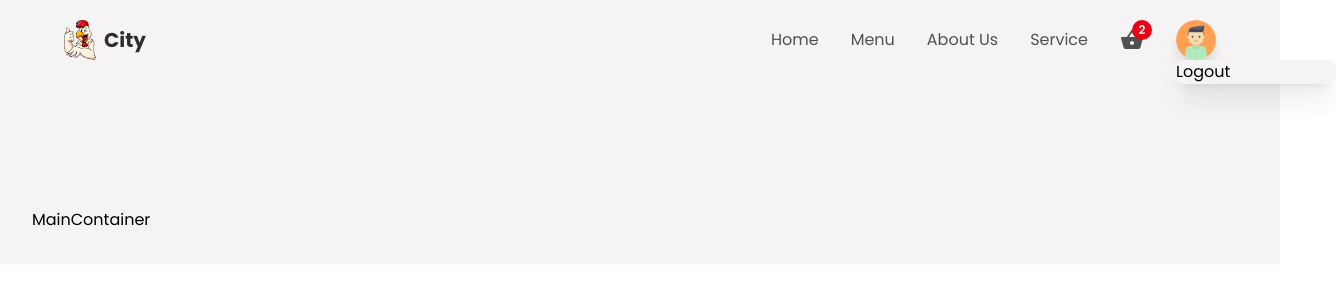
Repository: shorifuddin2/Responsive-Navbar-Redux-
Page: /
The author's editor kept a copy of each file at every save. The page is drawn from the files as they stood at one save, then again after the next save.
The browser window is 1280 px wide. The page is 1336 px wide, so the pictures cover 1336 px, including what lies to the right of the window. The pictures show the whole page.
The project was rebuilt for these pictures with package versions that can differ from the ones it lists, and the page was loaded fresh each time. Also part of the build but not shown: src/Component/CreateContainer.jsx.

Above is the page before, as saved 2022-06-26 23:14:31.

After the next save:
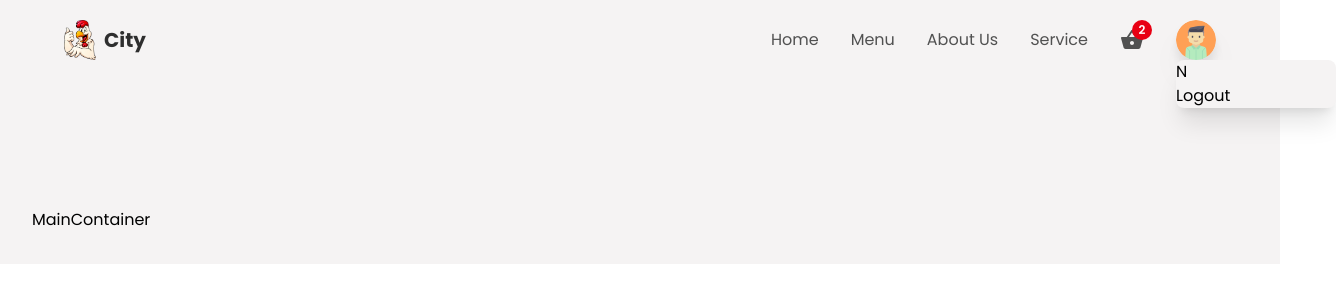
Saved 6 s later.
--- a/src/Component/Header.jsx
+++ b/src/Component/Header.jsx
@@ -55,7 +55,7 @@ const Header = () => {
                 <motion.img whileTap={{scale: 0.6}} src={user ? user.photoURL : Avatar} className="w-10 min-w-[40px] h-10 min-h-[40px] drop-shadow-xl cursor-pointer rounded-full" alt="UserProfile" onClick={Login}/>
 
                 <div className='w-40 bg-primary shadow-xl rounded-lg flex flex-col absolute'>
-                    <p></p>
+                    <p>N</p>
                     <p>Logout</p>
                 </div>
                 </div>
